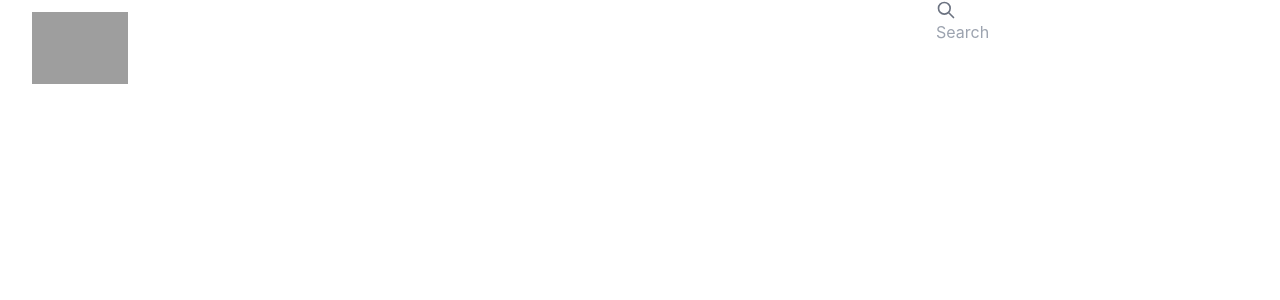
Repository: SehajBindra/insta--clone
Page: /
The author's editor kept a copy of each file at every save. The page is drawn from the files as they stood at one save, then again after the next save.
The browser window is 1280 px wide. The pictures show the whole page.
Pictures or frames that could not be fetched are drawn as grey boxes. The project was rebuilt for these pictures with package versions that can differ from the ones it lists, and the page was loaded fresh each time. The framework's server and built-in components were replaced by stand-ins that run in the browser. Also part of the build but not shown: next.config.js.

Above is the page before, as saved 2022-04-11 01:28:45.

After the next save:
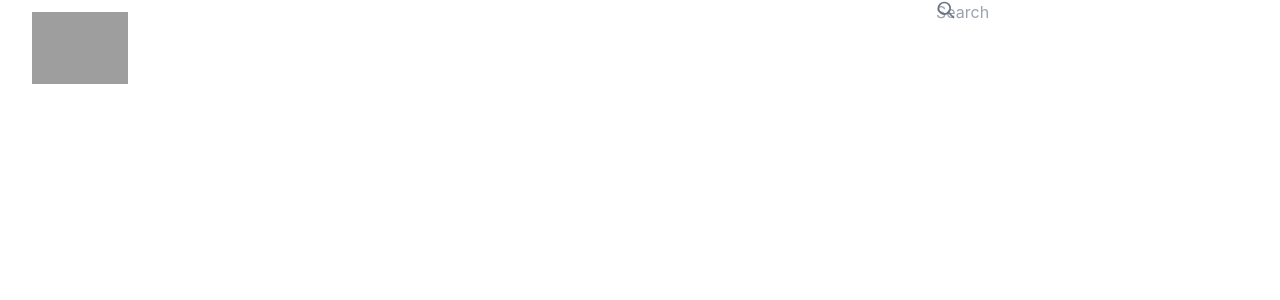
Saved 94 s later.
--- a/components/Header.js
+++ b/components/Header.js
@@ -31,7 +31,7 @@
 
         {/* Middle Search Input Field */}
         <div>
-            <div>
+            <div className=" absolute">
              <SearchIcon  className="h-5  w-5 text-gray-500" />
             </div>
             <input type="text" placeholder="Search" />
